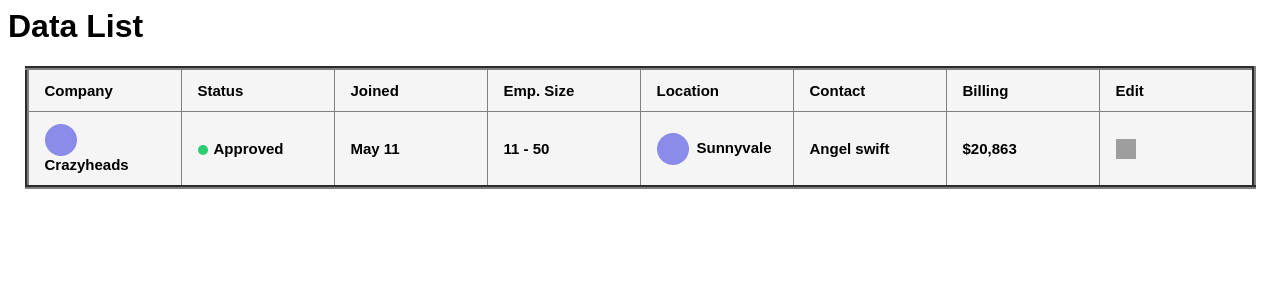
Repository: AdityaTech-Pro/FullStackWithBridgelabz
Page: Assignment2/Data_List/index.html
The author's editor kept a copy of each file at every save. The page is drawn from the files as they stood at one save, then again after the next save.
The browser window is 1280 px wide. The pictures show the whole page.
Pictures or frames that could not be fetched are drawn as grey boxes.

Above is the page before, as saved 2025-10-15 09:49:35.

### Assignment2/Data_List/index.html
<html>

<head>
    <style>
        body {
            font-family: Arial, Helvetica, sans-serif;
        }

        .center {
            margin-left: auto;
            margin-right: auto;
        }
        /* improve table appearance */

        table.center {
            border-collapse: collapse;
            width: 90%;
            max-width: 1100px;
        }

        table.center th,
        table.center td {
            padding: 12px 16px;
            text-align: left;
            font-size: 15px;
            vertical-align: middle;
            min-width: 120px;
        }

        table.center th {
            background: #f5f5f5;
        }
        /* small icon class for action images */

        .icon {
            width: 20px;
            height: 20px;
            vertical-align: middle;
        }
        /* circular avatar placeholder that can contain an image */

        .avatar {
            display: inline-block;
            width: 32px;
            height: 32px;
            border-radius: 50%;
            background: rgb(139, 139, 234);
            margin-right: 8px;
            vertical-align: middle;
            overflow: hidden;
        }

        .avatar img {
            width: 100%;
            height: 100%;
            object-fit: cover;
            display: block;
        }
        /* small status dot to show approval, pending, etc. */

        .status-dot {
            display: inline-block;
            width: 10px;
            height: 10px;
            border-radius: 50%;
            background: #2ecc71;
            /* green = approved */
            margin-right: 6px;
            vertical-align: middle;
        }
    </style>
</head>
<title>
    <h2>Welcome to My Web Page</h2>
</title>

<body>
    <table border="4" cellspacing="1" cellpadding="4" class="center">
        <h1 class="center">Data List</h1>
        <tr>
            <th>Company</th>
            <th>Status</th>
            <th>Joined</th>
            <th>Emp. Size</th>
            <th>Location</th>
            <th>Contact</th>
            <th>Billing</th>
            <th>Edit</th>
        </tr>

        <tr>
            <th><span class="avatar" id="avatar-crazyheads" title="Add logo"></span>Crazyheads</th>
            <th><span class="status-dot"></span>Approved</th>
            <th>May 11</th>
            <th>11 - 50</th>
            <th><span class="avatar" id="avatar-crazyheads" title="Add logo"></span>Sunnyvale</th>
            <th>Angel swift</th>
            <th>$20,863</th>
            <th>
                <img class="icon" src="https://www.svgrepo.com/show/325130/edit-pencil.svg" alt="Edit">
            </th>
        </tr>
    </table>

</body>

</html>

After the next save:
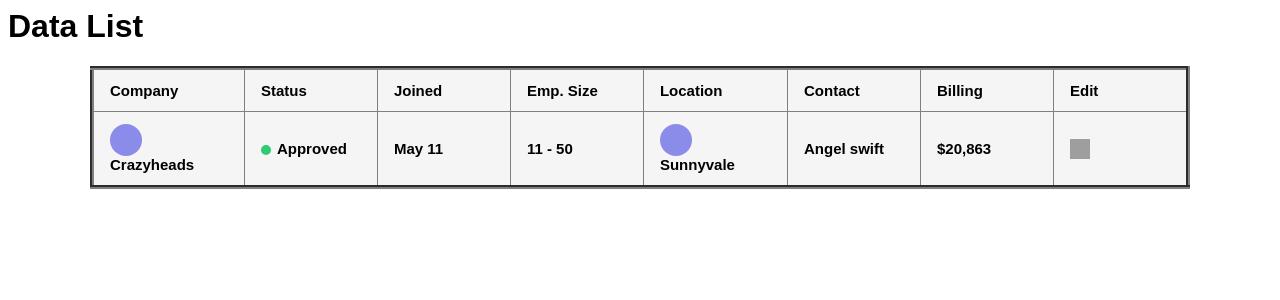
Saved 48 s later.
--- a/Assignment2/Data_List/index.html
+++ b/Assignment2/Data_List/index.html
@@ -24,7 +24,7 @@
             text-align: left;
             font-size: 15px;
             vertical-align: middle;
-            min-width: 120px;
+            min-width: 100px;
         }
 
         table.center th {

After the save that followed:
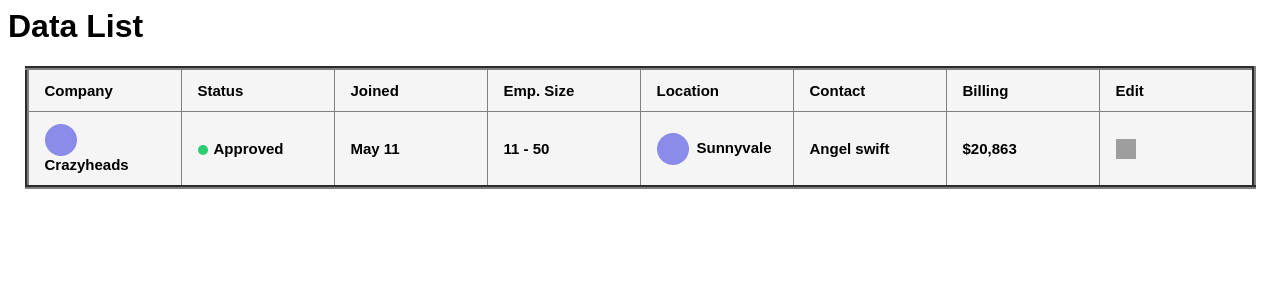
Saved 13 s later.
--- a/Assignment2/Data_List/index.html
+++ b/Assignment2/Data_List/index.html
@@ -24,7 +24,7 @@
             text-align: left;
             font-size: 15px;
             vertical-align: middle;
-            min-width: 100px;
+            min-width: 120px;
         }
 
         table.center th {
